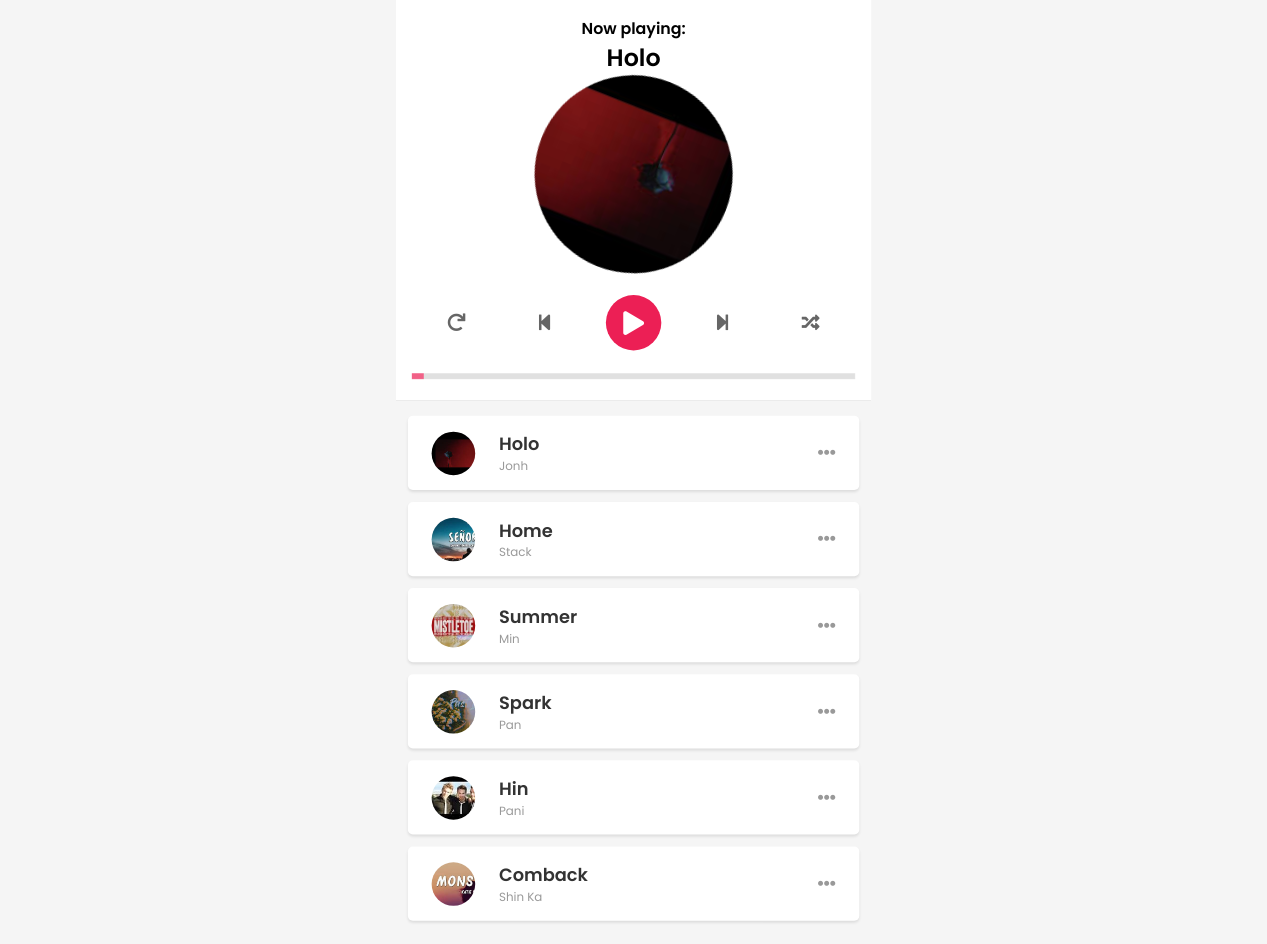
Repository: MinhNhatIT2901/Mp3-clon
Page: index.html
The author's editor kept a copy of each file at every save. The page is drawn from the files as they stood at one save, then again after the next save.
The browser window is 1280 px wide. The pictures show the whole page, at 99% of full size.

Above is the page before, as saved 2022-01-01 23:47:45.

After the next save:
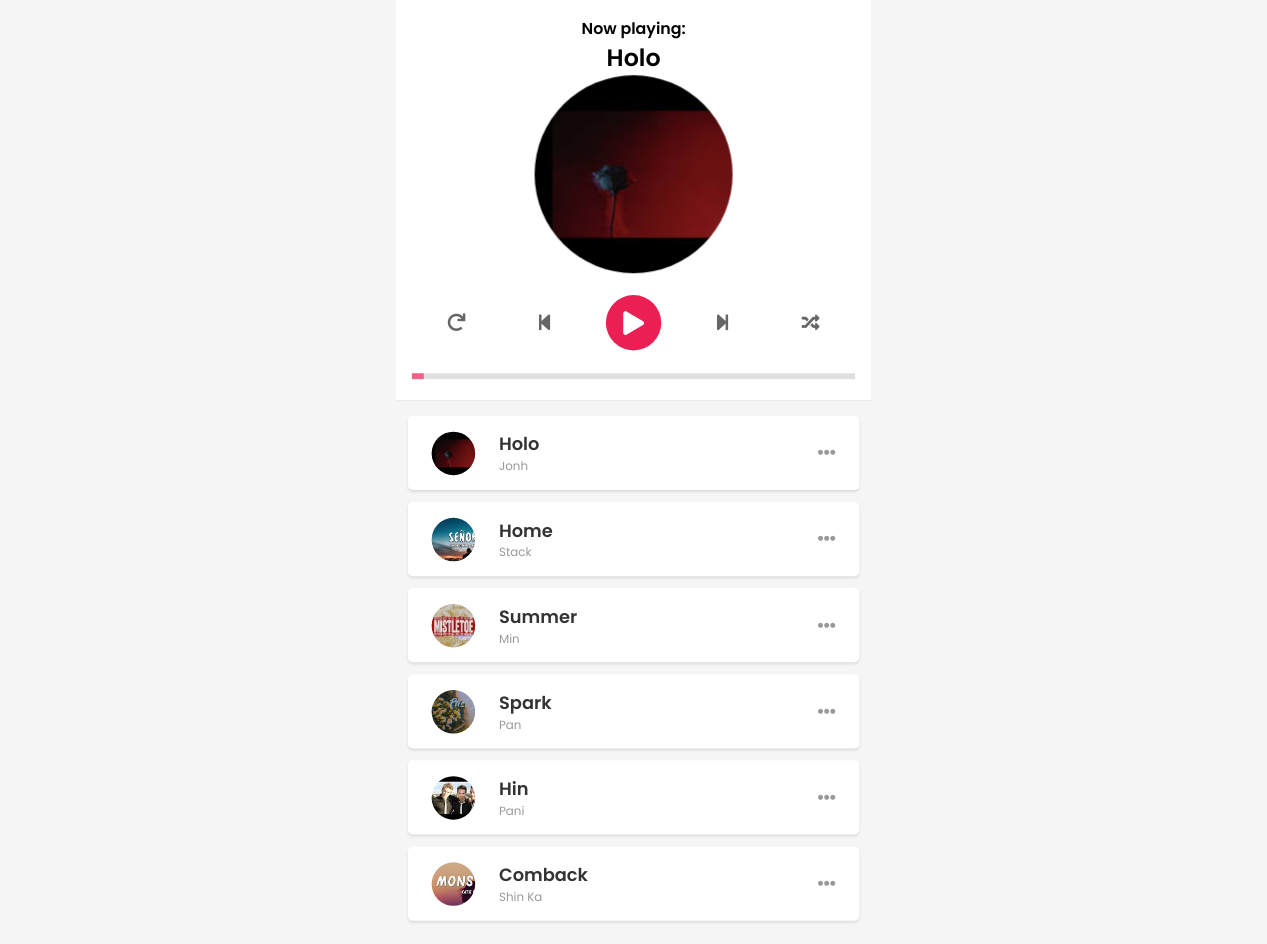
Saved 6 s later.
--- a/asset/css/app.js
+++ b/asset/css/app.js
@@ -131,7 +131,7 @@ const app = {
             duration: 10000, // 10 seconds
             iterations: Infinity
         })
-        // cdThumbAnimate.pause()
+        cdThumbAnimate.pause()
     },
     loadCurrentSong: function() {
         heading.textContent = this.currentSong.name;
